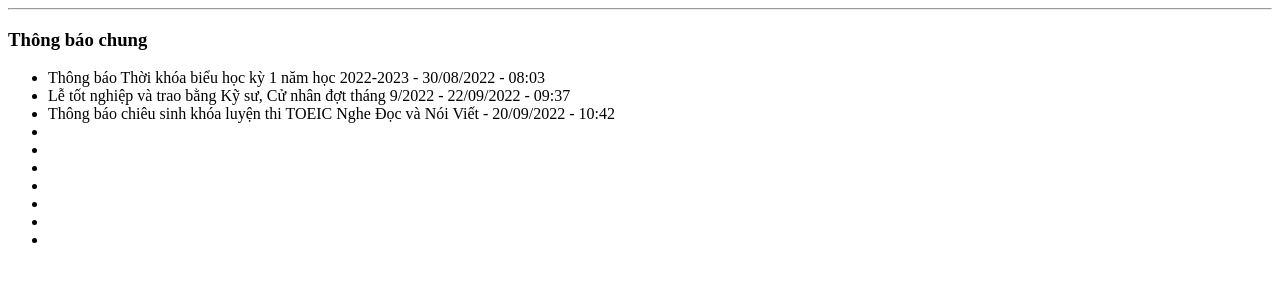
Repository: HoangDuy315/web-dev2022
Page: ex3.html
An editor plug-in stored every save of this project. The page is shown before and after the next save, followed by the edit.
The browser window is 1280 px wide. The pictures show the whole page.

Above is the page before, as saved 2022-09-22 15:28:09.

After the next save:
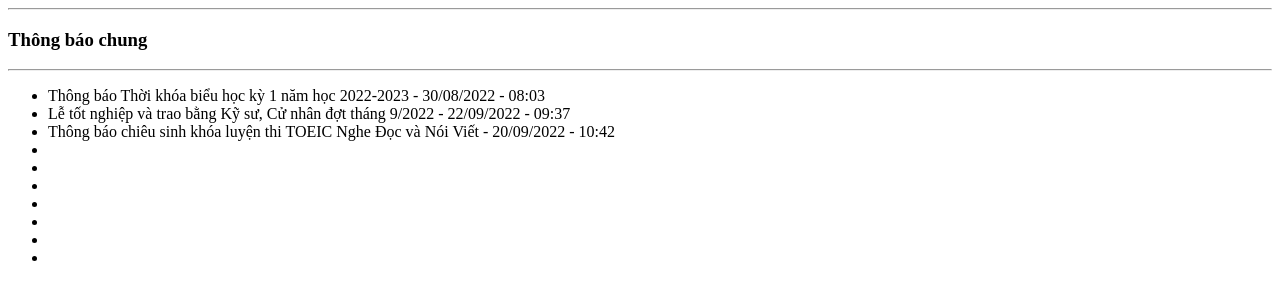
Saved 60 s later.
--- a/ex3.html
+++ b/ex3.html
@@ -7,19 +7,22 @@
 </head>
 <body>
     <hr>
-    <h3>Thông báo chung</h3>
-</hr>
-<ul>
-    <li>Thông báo Thời khóa biểu học kỳ 1 năm học 2022-2023 - 30/08/2022 - 08:03</li>
-    <li>Lễ tốt nghiệp và trao bằng Kỹ sư, Cử nhân đợt tháng 9/2022 - 22/09/2022 - 09:37</li>
-    <li>Thông báo chiêu sinh khóa luyện thi TOEIC Nghe Đọc và Nói Viết - 20/09/2022 - 10:42</li>
-    <li></li>
-    <li></li>
-    <li></li>
-    <li></li>
-    <li></li>
-    <li></li>
-    <li></li>
-</ul>
+        <h3>Thông báo chung</h3>
+    </hr>
+    <hr>
+        <ul>
+            <li>Thông báo Thời khóa biểu học kỳ 1 năm học 2022-2023 - 30/08/2022 - 08:03</li>
+            <li>Lễ tốt nghiệp và trao bằng Kỹ sư, Cử nhân đợt tháng 9/2022 - 22/09/2022 - 09:37</li>
+            <li>Thông báo chiêu sinh khóa luyện thi TOEIC Nghe Đọc và Nói Viết - 20/09/2022 - 10:42</li>
+            <li></li>
+            <li></li>
+            <li></li>
+            <li></li>
+            <li></li>
+            <li></li>
+            <li></li>
+        </ul>
+    </hr>
+
 </body>
 </html>
